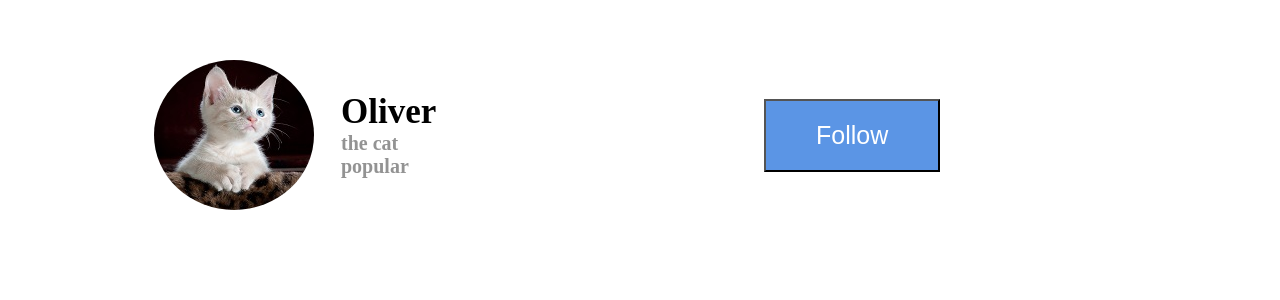
Repository: arifshahriyarnader/css-flexbox
Page: Exercise 4/index.html
The author's editor kept a copy of each file at every save. The page is drawn from the files as they stood at one save, then again after a run of saves.
The browser window is 1280 px wide. The pictures show the whole page.

Above is the page before, as saved 2024-06-21 11:44:08.

After the next 4 saves:
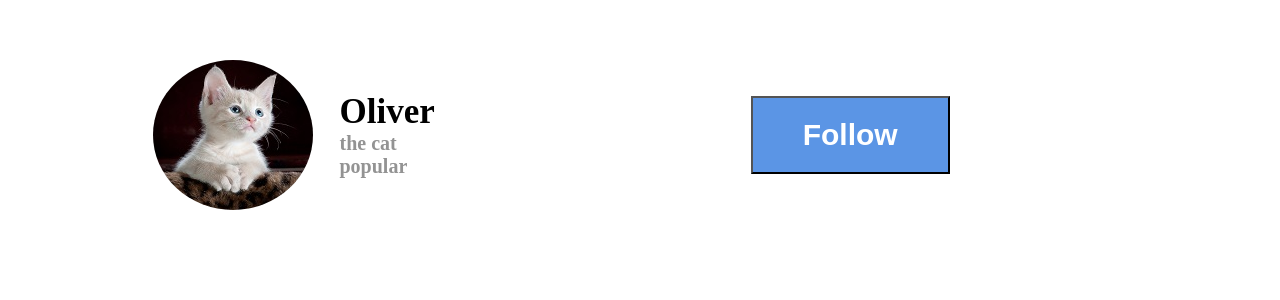
The 4 saves are shown as one change because they came seconds apart.
The last was saved 14 s later.
--- a/Exercise 4/css/style.css
+++ b/Exercise 4/css/style.css
@@ -28,5 +28,6 @@
     background-color: #5B95E5;
     color: #fff;
     padding: 20px 50px;
-    font-size: 25px;
+    font-size: 30px;
+    font-weight: bold;
 }
